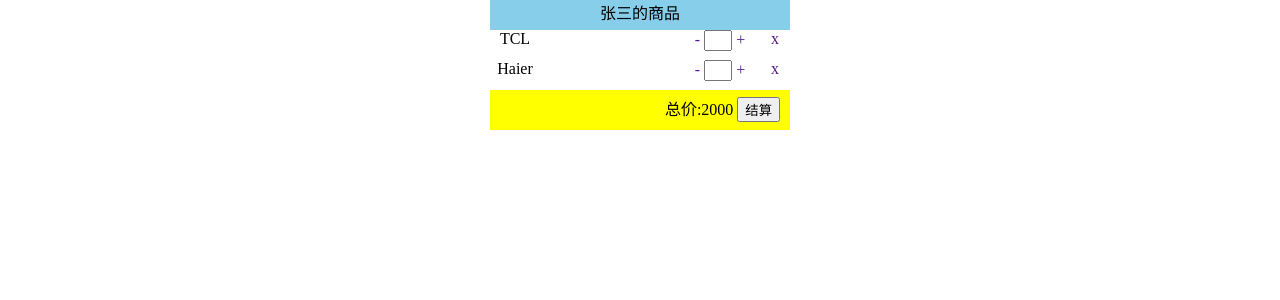
Repository: R1Deemo/Vue
Page: 10购物车.html
An editor plug-in stored every save of this project. The page is shown before and after the next save, followed by the edit.
The browser window is 1280 px wide. The pictures show the whole page.

Above is the page before, as saved 2022-11-14 15:50:58.

After the next save:
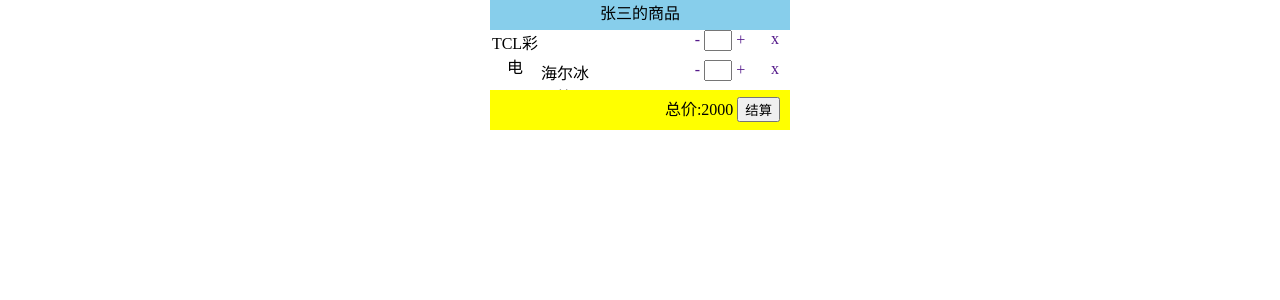
Saved 96 s later.
--- a/10购物车.html
+++ b/10购物车.html
@@ -25,8 +25,8 @@
             props: ['list'],
             template: `
             <div id='main'>
-                <div class='item'>
-                    <div class="name">TCL</div>
+                <div class='item' :key='item.id' v-for='item in list'>
+                    <div class="name">{{item.name}}</div>
                     <div class="change">
                         <a href="">-</a>
                         <input type='text' class='num'/>
@@ -34,15 +34,7 @@
                     </div>
                     <div class='del'><a href="">x</a></div>
                 </div>
-                <div class='item'>
-                    <div class="name">Haier</div>
-                    <div class="change">
-                        <a href="">-</a>
-                        <input type='text' class='num'/>
-                        <a href="">+</a>
-                    </div>
-                    <div class='del'><a href="">x</a></div>
-                </div>
+
             </div>`
 
         }
